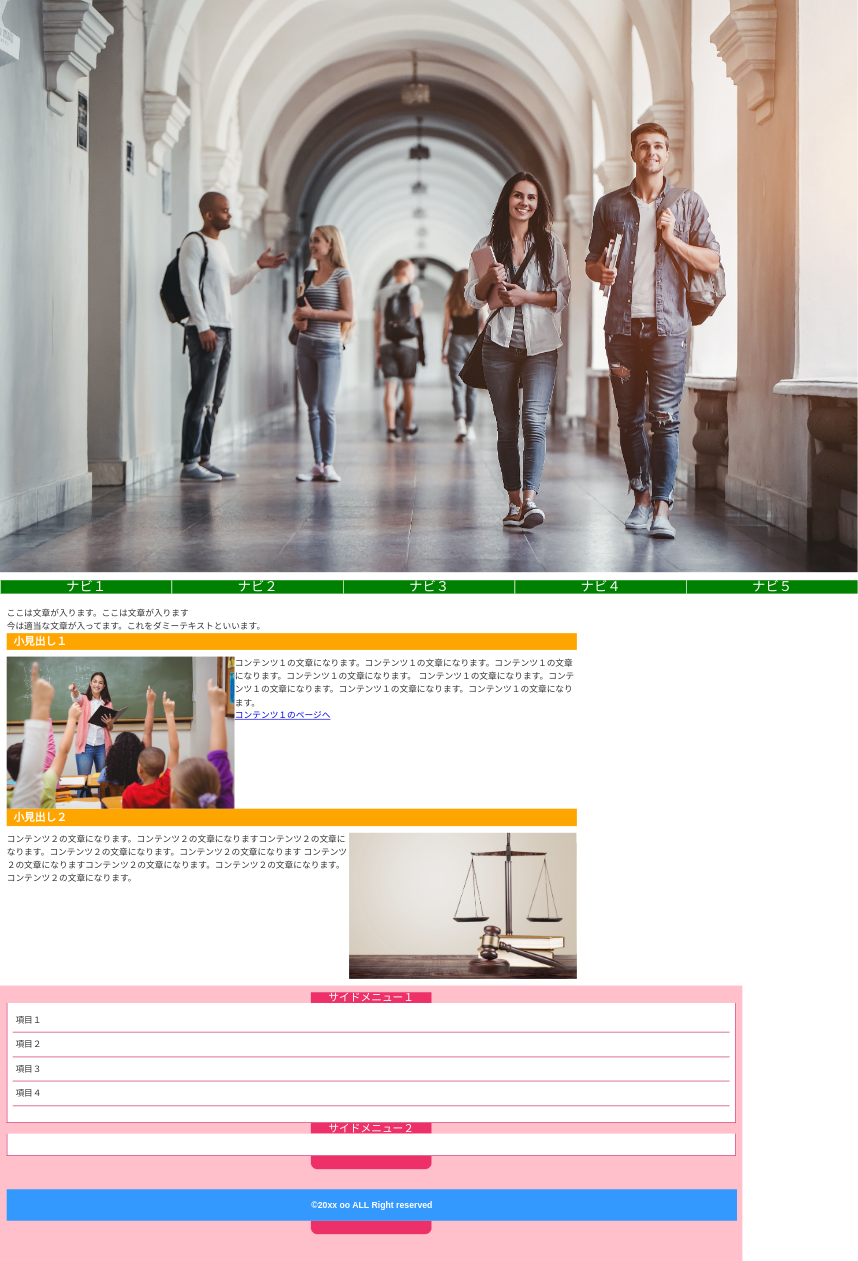
Repository: imhe07/samurai.html-css
Page: website.html
The author's editor kept a record of every edit. The page is drawn from the files as they stood at one moment, then again after the next edit.
The browser window is 1280 px wide. The pictures show the whole page, at 67% of full size.

Above is the page before.

After the next edit:
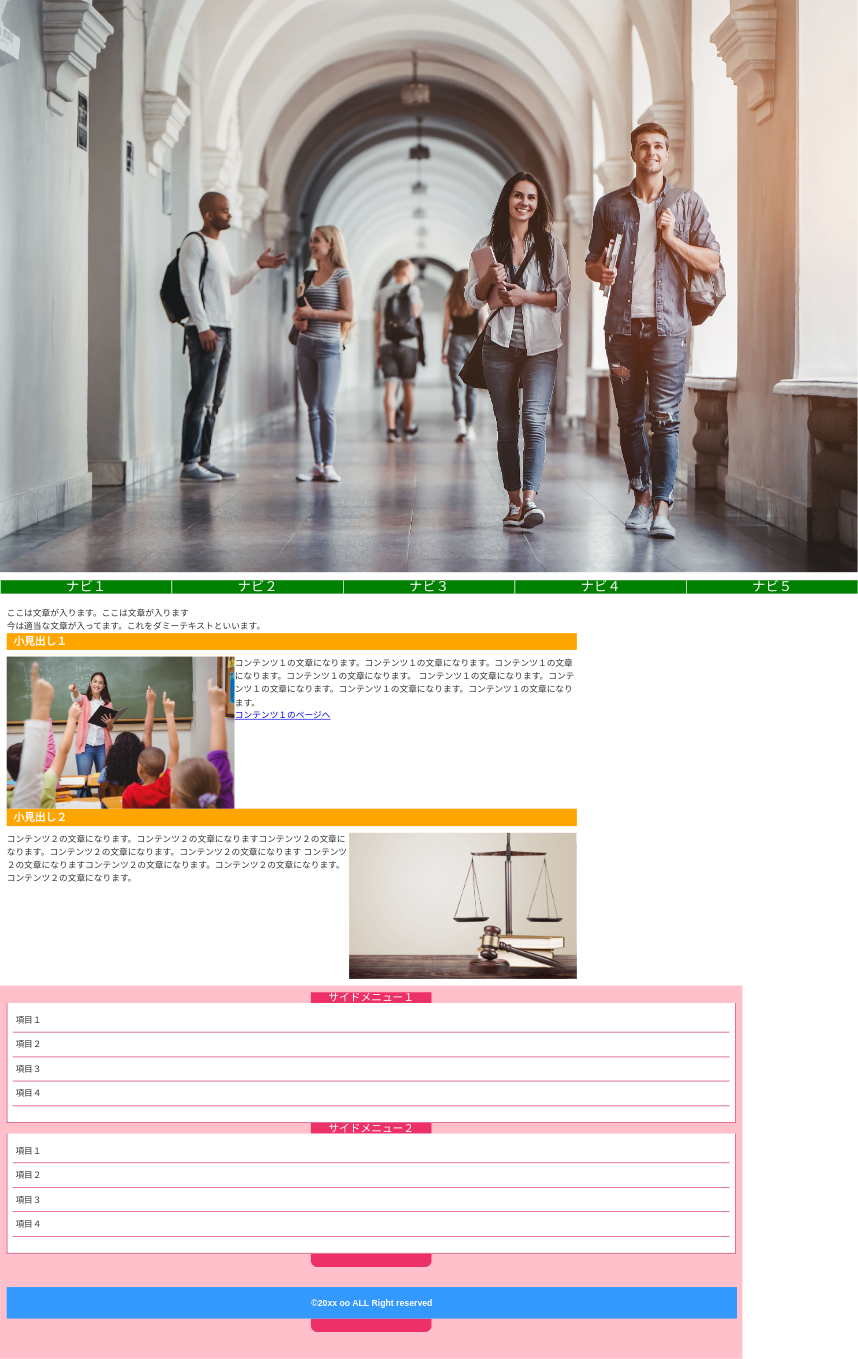
The edit:
--- a/website.html
+++ b/website.html
@@ -58,7 +58,12 @@
     <div class="box">
     <h2>サイドメニュー２</h2>
     <div class=boxbody>
-      <ul></ul>
+      <ul>
+        <li>項目１</li>
+        <li>項目２</li>
+        <li>項目３</li>
+        <li>項目４</li>
+      </ul>
     </div>
 
 
